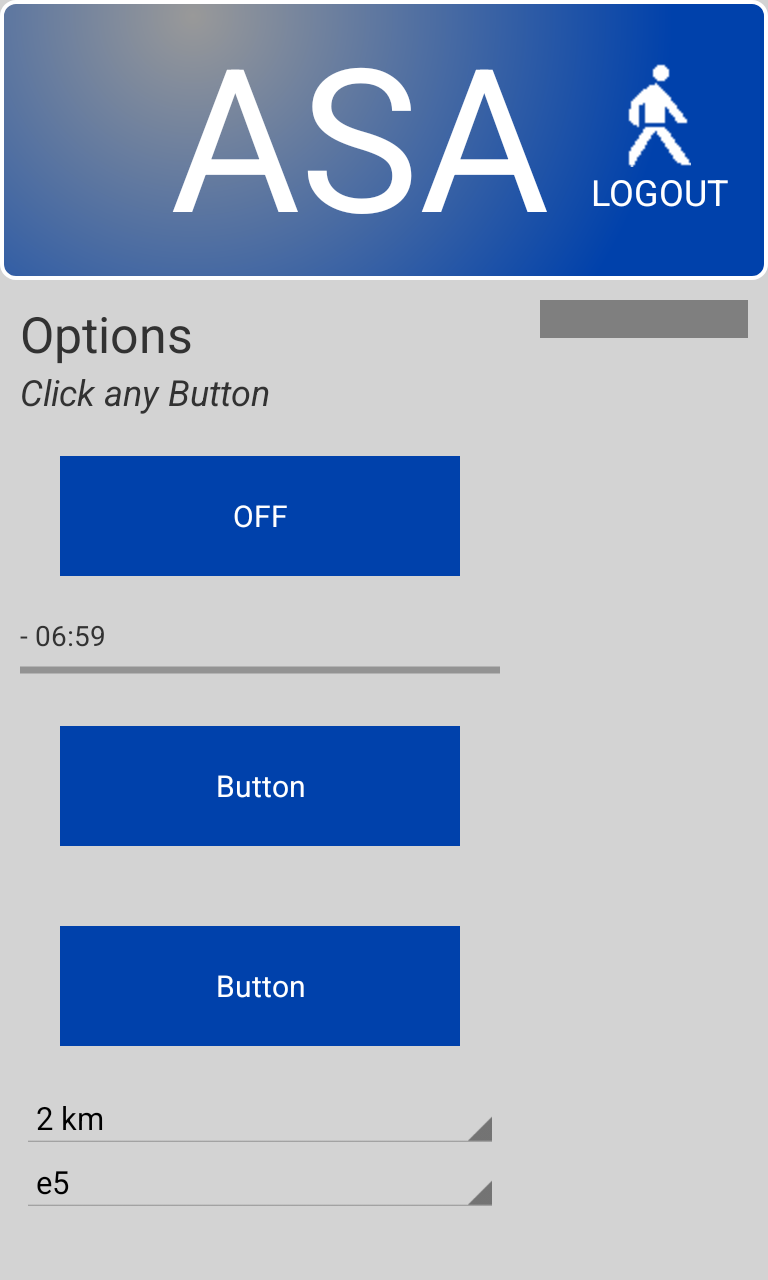
Repository: vinnare89/ASA
Layout: ASA/res/layout/asa_layout.xml
These files come from the project's save history. The layout is drawn as it stood at one moment and after the next save; the edit follows.
Pictures or frames that could not be fetched are drawn as grey boxes. It is drawn on a 768 x 1280 px phone screen (xhdpi) without system bars, with theme AppTheme; the app's code is not run.

Above is the layout before, as saved 2013-12-29 11:10:33.

### ASA/res/layout/asa_layout.xml
<?xml version="1.0" encoding="utf-8"?>
<LinearLayout xmlns:android="http://schemas.android.com/apk/res/android"
    android:layout_width="match_parent"
    android:layout_height="match_parent"
    android:background="#d3d3d3"
    android:orientation="vertical" >

    <RelativeLayout
        android:layout_width="match_parent"
        android:layout_height="wrap_content"
        android:background="@drawable/asa_header_background" >

        <TextView
            android:id="@+id/asa_header"
            android:layout_width="match_parent"
            android:layout_height="wrap_content"
            android:gravity="center_vertical|center_horizontal"
            android:text="@string/app_name_italic"
            android:textColor="#FFF"
            android:textSize="100sp" />

        <Button
            android:id="@+id/asa_logout_button"
            android:layout_width="wrap_content"
            android:layout_height="wrap_content"
            android:layout_alignParentRight="true"
            android:layout_centerVertical="true"
            android:layout_margin="20dp"
            android:background="@android:color/transparent"
            android:drawableTop="@drawable/mensch_small"
            android:text="@string/main_menu_logout"
            android:textColor="#FFF" />

        <View
            android:layout_width="fill_parent"
            android:layout_height="140dp"
            android:layout_alignParentLeft="true"
            android:layout_alignParentTop="true"
            android:layout_below="@id/asa_logout_button"
            android:background="@android:color/transparent" />
    </RelativeLayout>

    <LinearLayout
        android:layout_width="fill_parent"
        android:layout_height="fill_parent"
        android:gravity="center_horizontal" >

        <LinearLayout
            android:layout_width="wrap_content"
            android:layout_height="fill_parent"
            android:layout_alignParentLeft="true"
            android:layout_margin="@dimen/asa_margin_top"
            android:orientation="vertical" >

            <TextView
                android:id="@+id/textView3"
                android:layout_width="wrap_content"
                android:layout_height="wrap_content"
                android:text="@string/asa_control_header"
                android:textSize="25sp" />

            <TextView
                android:id="@+id/textView4"
                android:layout_width="wrap_content"
                android:layout_height="wrap_content"
                android:text="@string/asa_control_subheader"
                android:textSize="18sp"
                android:textStyle="italic" />

            <ToggleButton
                android:id="@+id/asa_control_time_toggle_button"
                style="@style/AsaControlButton"
                android:layout_width="wrap_content"
                android:layout_height="wrap_content"
                android:text="ToggleButton" />

            <TextView
                android:id="@+id/asa_control_time_text_view"
                android:layout_width="fill_parent"
                android:layout_height="wrap_content"
                android:layout_gravity="center_horizontal"
                android:text="- 06:59" />

            <ProgressBar
                android:id="@+id/asa_control_time_progressbar"
                style="?android:attr/progressBarStyleHorizontal"
                android:layout_width="fill_parent"
                android:layout_height="wrap_content"
                android:layout_gravity="center_horizontal" />

            <Button
                android:id="@+id/button1"
                style="@style/AsaControlButton"
                android:layout_width="wrap_content"
                android:layout_height="wrap_content"
                android:text="Button" />

            <Button
                android:id="@+id/button2"
                style="@style/AsaControlButton"
                android:layout_width="wrap_content"
                android:layout_height="wrap_content"
                android:text="Button" />

            <Spinner
                android:id="@+id/distance_spinner"
                android:layout_width="match_parent"
                android:layout_height="wrap_content"
                android:entries="@array/distance_array"
                android:prompt="@string/distance_prompt" />
            <Spinner
                android:id="@+id/fuel_spinner"
                android:layout_width="match_parent"
                android:layout_height="wrap_content"
                android:entries="@array/fuel_array"
                android:prompt="@string/fuel_prompt" />
        </LinearLayout>

        <LinearLayout
            android:layout_width="match_parent"
            android:layout_height="fill_parent"
            android:layout_alignParentRight="true"
            android:layout_margin="@dimen/asa_margin_top"
            android:orientation="vertical" >

            <LinearLayout
                android:id="@+id/control_room_layout_background"
                android:layout_width="fill_parent"
                android:layout_height="wrap_content"
                android:orientation="vertical" >

                <fragment
                    android:id="@+id/map"
                    android:name="com.google.android.gms.maps.MapFragment"
                    android:layout_width="match_parent"
                    android:layout_height="match_parent" />
            </LinearLayout>
        </LinearLayout>
    </LinearLayout>

</LinearLayout>

### ASA/res/drawable/asa_header_background.xml
<?xml version="1.0" encoding="UTF-8"?>
<shape xmlns:android="http://schemas.android.com/apk/res/android"
     android:shape="rectangle">
     <stroke android:width="2dp" android:color="#FFFFFFFF" />
     <gradient android:layout_gravity="right" android:type="radial" android:gradientRadius="480"
        android:centerX="25%" android:centerY="5%"
        android:startColor="#999999" android:endColor="@color/autobahn_blau" />

    <corners android:bottomRightRadius="7dp" android:bottomLeftRadius="7dp"
     android:topLeftRadius="7dp" android:topRightRadius="7dp"/>
</shape>

### ASA/res/values/strings.xml
<?xml version="1.0" encoding="utf-8"?>
<resources>

    <string name="app_name">ASA</string>
    <string name="action_settings">Settings</string>
    <string name="hello_world">Hello world!</string>
    <string name="app_name_italic">ASA&#160;</string>

    <!-- Login Menu -->
    <string name="login_subheader">- Die Autofahrer Service App -</string>
    <string name="login_username">Username</string>
    <string name="login_password">Password</string>
    <string name="login_submit">Submit</string>

    <!-- Main Menu -->
    <string name="main_menu_lkw">LKW</string>
    <string name="main_menu_pkw">PKW</string>
    <string name="main_menu_bus">Bus</string>
    <string name="main_menu_alarm">Wecker</string>
    <string name="main_menu_activities">Aktivitäten</string>
    <string name="main_menu_information">Informationen</string>
    <string name="main_menu_logout">LOGOUT</string>

    <!-- Asa Activity -->
    <string name="asa_control_header">Options</string>
    <string name="asa_control_subheader">Click any Button</string>
    <string name="address">Address:</string>
    <string name="enable_gps">Enable GPS</string>
    <string name="enable_gps_dialog">GPS provider not enabled. Would you like to enable it?</string>
    <string name="latlng">Lat/Long:</string>
    <string name="unknown">--Unknown--</string>
    <string name="not_support_gps">GPS provider not supported</string>
    <string name="not_support_network">Network provider not supported</string>
    <string name="use_fine_provider">Fine-grain provider</string>
    <string name="use_both_providers">Both providers</string>
    <string name="asa_button_traffic_text">Traffic List</string>
    <string name="asa_button_service_text">Get Gas Stations</string>

    <string name="distance_prompt">Choose a distance!</string>
    <string-array name="distance_array">
        <item>2 km</item>
        <item>5 km</item>
        <item>10 km</item>
        <item>25 km</item>
    </string-array>
    <string name="fuel_prompt">Choose a distance!</string>
    <string-array name="fuel_array">
        <item>e5</item>
        <item>e10</item>
        <item>diesel</item>
    </string-array>


</resources>

### ASA/res/values/color.xml
<?xml version="1.0" encoding="utf-8"?>
<resources>
    <color name="autobahn_blau">#0041AB</color>
</resources>

Loaded but not shown: ASA/res/values/styles.xml (common file); ASA/res/values-v11/styles.xml (common file); ASA/res/values-v14/styles.xml (common file); ASA/res/values/dimens.xml (common file)

After the next save:
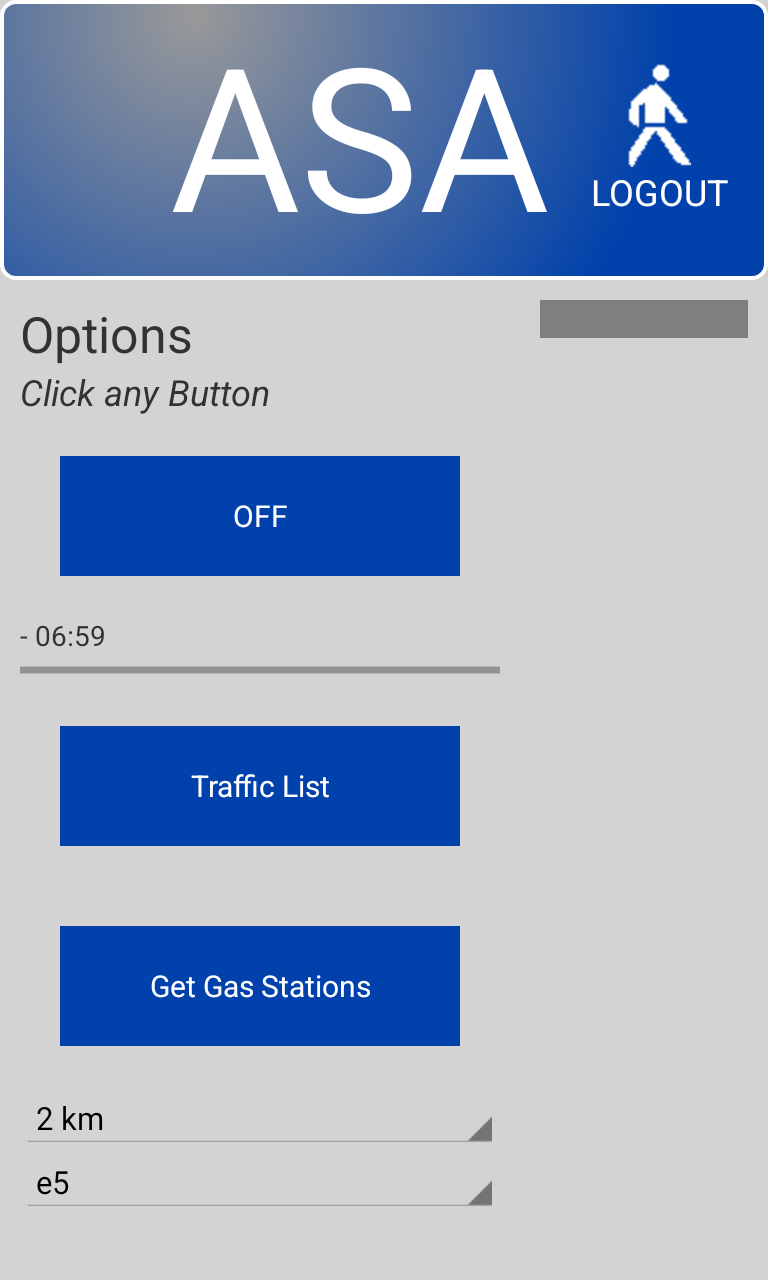
Saved 59 s later.
--- a/ASA/res/layout/asa_layout.xml
+++ b/ASA/res/layout/asa_layout.xml
@@ -89,18 +89,18 @@
                 android:layout_gravity="center_horizontal" />
 
             <Button
-                android:id="@+id/button1"
+                android:id="@+id/asa_button_traffic"
                 style="@style/AsaControlButton"
                 android:layout_width="wrap_content"
                 android:layout_height="wrap_content"
-                android:text="Button" />
+                android:text="@string/asa_button_traffic_text" />
 
             <Button
-                android:id="@+id/button2"
+                android:id="@+id/asa_button_service"
                 style="@style/AsaControlButton"
                 android:layout_width="wrap_content"
                 android:layout_height="wrap_content"
-                android:text="Button" />
+                android:text="@string/asa_button_service_text" />
 
             <Spinner
                 android:id="@+id/distance_spinner"
